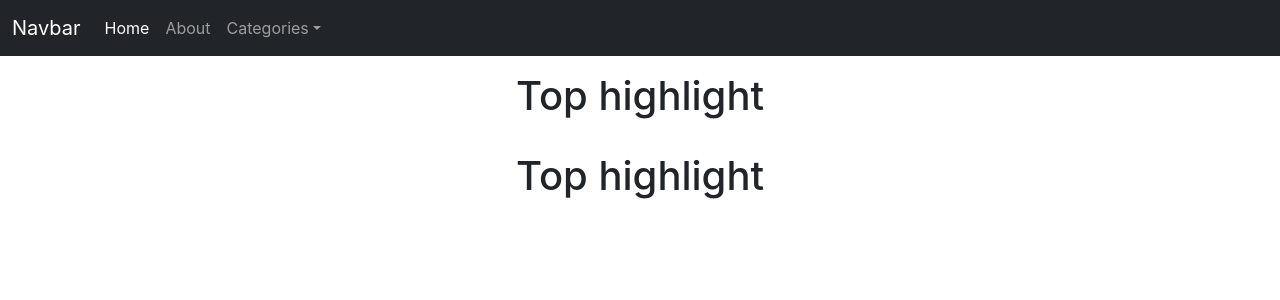
Repository: Saiyamjain-100/dailynews-react
Page: /
The author's editor kept a copy of each file at every save. The page is drawn from the files as they stood at one save, then again after the next save.
The browser window is 1280 px wide. The pictures show the whole page.
The page's requests for data from a server got no answer. The project was rebuilt for these pictures with package versions that can differ from the ones it lists, and the page was loaded fresh each time. No one was signed in, and anything a server would have sent is missing. Also part of the build but not shown: src/component/NewsIteam.js, src/component/Spinner.js.

Above is the page before, as saved 2022-05-28 00:52:53.

### public/index.html
<!DOCTYPE html>
<html lang="en">
  <head>
    <meta charset="utf-8" />
    <link rel="icon" href="%PUBLIC_URL%/favicon.ico" />
    <meta name="viewport" content="width=device-width, initial-scale=1" />
    <meta name="theme-color" content="#000000" />
    <meta
      name="description"
      content="Web site created using create-react-app"
    />
    <link rel="apple-touch-icon" href="%PUBLIC_URL%/logo192.png" />
    <link href="https://cdn.jsdelivr.net/npm/bootstrap@5.2.0-beta1/dist/css/bootstrap.min.css" rel="stylesheet" integrity="sha384-0evHe/X+R7YkIZDRvuzKMRqM+OrBnVFBL6DOitfPri4tjfHxaWutUpFmBp4vmVor" crossorigin="anonymous">

    <!--
      manifest.json provides metadata used when your web app is installed on a
      user's mobile device or desktop. See https://developers.google.com/web/fundamentals/web-app-manifest/
    -->
    <link rel="manifest" href="%PUBLIC_URL%/manifest.json" />
    <!--
      Notice the use of %PUBLIC_URL% in the tags above.
      It will be replaced with the URL of the `public` folder during the build.
      Only files inside the `public` folder can be referenced from the HTML.

      Unlike "/favicon.ico" or "favicon.ico", "%PUBLIC_URL%/favicon.ico" will
      work correctly both with client-side routing and a non-root public URL.
      Learn how to configure a non-root public URL by running `npm run build`.
    -->
    <title>React App</title>
  </head>
  <body>
    <noscript>You need to enable JavaScript to run this app.</noscript>
    <div id="root"></div>
    <script src="https://cdn.jsdelivr.net/npm/bootstrap@5.2.0-beta1/dist/js/bootstrap.bundle.min.js" integrity="sha384-pprn3073KE6tl6bjs2QrFaJGz5/SUsLqktiwsUTF55Jfv3qYSDhgCecCxMW52nD2" crossorigin="anonymous"></script>
    <!--
      This HTML file is a template.
      If you open it directly in the browser, you will see an empty page.

      You can add webfonts, meta tags, or analytics to this file.
      The build step will place the bundled scripts into the <body> tag.

      To begin the development, run `npm start` or `yarn start`.
      To create a production bundle, use `npm run build` or `yarn build`.
    -->
  </body>
</html>

### src/App.js
import React, { Component } from 'react'
import Navbar from './component/Navbar'
import New from './component/New'

import {
  BrowserRouter as Router,
  Routes,
  Route
} from "react-router-dom";

export default class App extends Component {
  render() {
    return (
      <div>
        <Router>
          <Navbar />
          <New country="in" category='general'/>
          <Routes>
            <Route  path="/" element={<New key="general" country="in" category='general' />} exact/>
            <Route  path="/business" element={<New key="business" country="in" category='business' />} exact/>
            <Route  path="/entertainment" element={<New key="entertainment" country="in" category='entertainment' />} exact/>
            <Route  path="/general" element={<New key="general" country="in" category='general' />} exact/>
            <Route  path="/health" element={<New key="health" country="in" category='health' />} exact/>
            <Route  path="/science" element={<New key="science" country="in" category='science' />} exact/>
            <Route  path="/sports" element={<New key="sports" country="in" category='sports' />} exact/>
            <Route  path="/technology" element={<New key="technology" country="in" category='technology' />} exact/>
          </Routes>

        </Router>
      </div>
    )
  }
}

### src/component/Navbar.js
import React, { Component } from 'react'

import {
    Link
  } from "react-router-dom";

export default class Navbar extends Component {
    render() {
        return (
            <div>
                <nav className="navbar navbar-expand-lg navbar-dark bg-dark ">
                    <div className="container-fluid">
                        <Link className="navbar-brand" to="/">Navbar</Link>
                        <button className="navbar-toggler" type="button" data-bs-toggle="collapse" data-bs-target="#navbarSupportedContent" aria-controls="navbarSupportedContent" aria-expanded="false" aria-label="Toggle navigation">
                            <span className="navbar-toggler-icon"></span>
                        </button>
                        <div className="collapse navbar-collapse" id="navbarSupportedContent">
                            <ul className="navbar-nav me-auto mb-2 mb-lg-0">
                                <li className="nav-item">
                                    <Link className="nav-link active" aria-current="page" to="/">Home</Link>
                                </li>
                                <li className="nav-item">
                                    <Link className="nav-link" to="/about">About</Link>
                                </li>
                                <li className="nav-item dropdown">
                                    <Link className="nav-link dropdown-toggle" to="/" id="navbarDropdown" role="button" data-bs-toggle="dropdown" aria-expanded="false">
                                        Categories
                                    </Link>
                                    <ul className="dropdown-menu" aria-labelledby="navbarDropdown">
                                        <li><Link className="dropdown-item" to="/business">Business</Link></li>
                                        <li><Link className="dropdown-item" to="/entertainment">entertainment</Link></li>
                                        <li><Link className="dropdown-item" to="/general">general</Link></li>
                                        <li><Link className="dropdown-item" to="/health">health</Link></li>
                                        <li><Link className="dropdown-item" to="/science">science</Link></li>
                                        <li><Link className="dropdown-item" to="/sports">sports</Link></li>
                                        <li><Link className="dropdown-item" to="/technology">technology</Link></li>

                                    </ul>
                                </li>
                            </ul>
                        </div>
                    </div>
                </nav>
            </div>
        )
    }
}

### src/component/New.js
import React, { Component } from 'react'
import NewsIteam from './NewsIteam'
import Spinner from './Spinner';
import PropTypes from 'prop-types'
import InfiniteScroll from "react-infinite-scroll-component";


export default class New extends Component {
    static defaultProps={
        country:'in',
        category:'technology',

    }

    static propTypes ={
        country:PropTypes.string,
        category:PropTypes.string
    }
    constructor() {
        super();
        this.state = {
            loding: true,
            articles: [],
            page: 1,
            totalResults:0,
            pagesize: 20,
        }
    }

    async componentDidMount() {
        let url = `https://newsapi.org/v2/top-headlines?country=${this.props.country}&category=${this.props.category}&apiKey=d6289d760f4c497181e97da257027b16&page=${this.state.page}&pageSize=20`
        this.setState({
            loding:true
        })
        let data = await fetch(url);

        let praseData = await data.json();
        this.setState({
            totalResults: praseData.totalResults,
            articles: praseData.articles,
            loding:false
        })

    }

    handlePrevious = async () => {

        let url = `https://newsapi.org/v2/top-headlines?country=${this.props.country}&category=${this.props.category}&apiKey=d6289d760f4c497181e97da257027b16&page=${this.state.page - 1}&pageSize=${this.state.pagesize}`;
        this.setState({
            loding:true
        })
        let data = await fetch(url);
        let praseData = await data.json();
        this.setState({
            totalResults: praseData.totalResults,

            loding:false,
            page: this.state.page - 1,
            articles: praseData.articles

        })

    }
    handleNext = async () => {
        if(this.state.page + 1 > Math.ceil(this.state.totalResults /this.state.pagesize)) {

        }
        else{
            let url = `https://newsapi.org/v2/top-headlines?country=${this.props.country}&category=${this.props.category}&apiKey=d6289d760f4c497181e97da257027b16&page=${this.state.page + 1}&pageSize=${this.state.pagesize}`;
            this.setState({
                loding:true
            })
            let data = await fetch(url);
            let praseData = await data.json();
            this.setState({
                totalResultss: praseData.totalResults,
                loding:false,
                page: this.state.page + 1,
                articles: praseData.articles
            })
        }
    }
    fetchMoreData =async () => {
        this.setState({page: this.state.page+1})
        const url = `https://newsapi.org/v2/top-headlines?country=${this.props.country}&category=${this.props.category}&apiKey=d6289d760f4c497181e97da257027b16&page=${this.state.page + 1}&pageSize=${this.state.pagesize}`;
            this.setState({
                loding:true
            })
            let data = await fetch(url);
            let praseData = await data.json();
            this.setState({
                loding: false,
                articles: this.state.articles.concat(praseData.articles)
            })
      };

    render() {
        return (
            <div>
                <h1 className='text-center my-3'>Top highlight </h1>
                <InfiniteScroll
          dataLength={this.state.articles.length}
          next={this.fetchMoreData}
          hasMore={this.state.articles.length!==this.state.totalResults}
          loader={<Spinner/>}
        >
                <div className="row container">
                    {this.state.articles.map((elements) => {
                        return <div className="col-md-4" key={elements.url}>
                            <NewsIteam title={elements.title} description={elements.description?elements.description.slice(0, 99):" "} Date1={elements.publishedAt} ImageUrl={elements.urlToImage} AboutUrl={elements.url} />
                        </div>
                    })}
                </div>

        </InfiniteScroll>
            </div>
        )
    }
}

Loaded but not shown: src/index.js (common file); src/index.css (common file); src/reportWebVitals.js (common file)

After the next save:
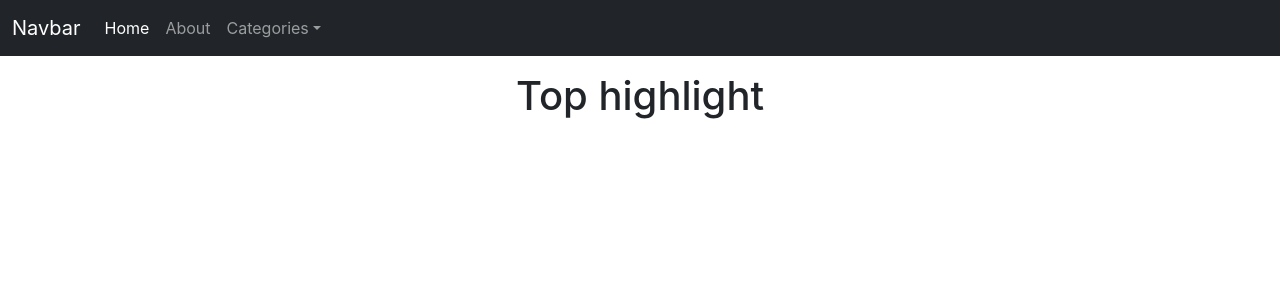
Saved 56 s later.
--- a/src/App.js
+++ b/src/App.js
@@ -14,7 +14,6 @@ export default class App extends Component {
       <div>
         <Router>
           <Navbar />
-          <New country="in" category='general'/>
           <Routes>
             <Route  path="/" element={<New key="general" country="in" category='general' />} exact/>
             <Route  path="/business" element={<New key="business" country="in" category='business' />} exact/>
